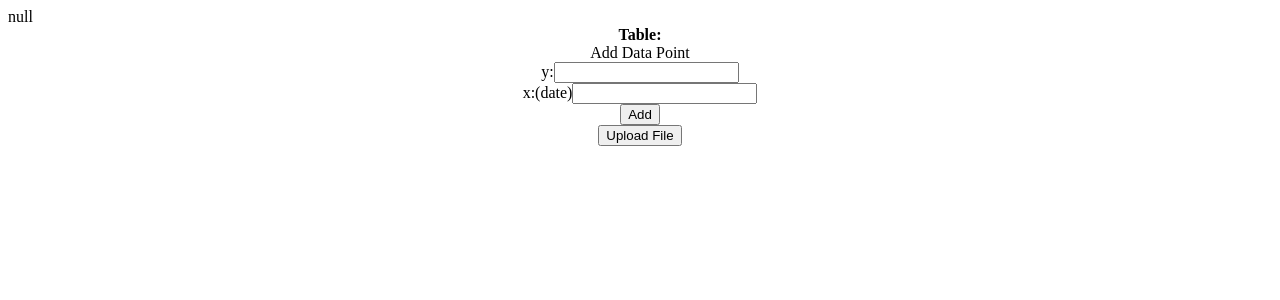
Repository: kemiporto/cmpe272-group12
Page: http://localhost/ESPAWSProject/addNewDataPage.jsp
The author's editor kept a copy of each file at every save. The page is drawn from the files as they stood at one save, then again after the next save.
The browser window is 1280 px wide. The pictures show the whole page.
The page is served by Tomcat 9.

Above is the page before, as saved 2014-04-18 06:17:47.

After the next save:
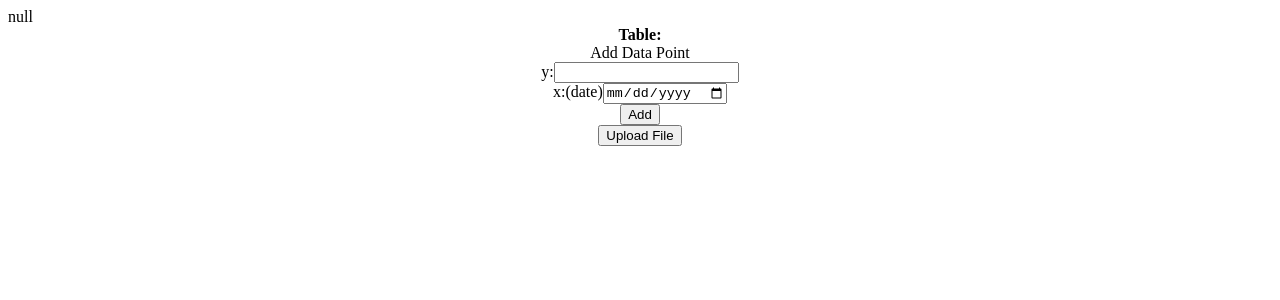
Saved 39 h 9 min later.
--- a/AWS/ESPAWSProject/WebContent/addNewDataPage.jsp
+++ b/AWS/ESPAWSProject/WebContent/addNewDataPage.jsp
@@ -11,7 +11,7 @@
 		<div style="text-align:center">Add Data Point</div>
 
 		<div style="text-align:center">y:<input type="text"></div>
-		<div style="text-align:center">x:(date)<input type="text" ></div>
+		<div style="text-align:center">x:(date)<input type="date" ></div>
 
 		<div style="text-align:center"><input type="button" value="Add"/></div>
 		<div style="text-align:center"><input type="button" value="Upload File"/></div>
